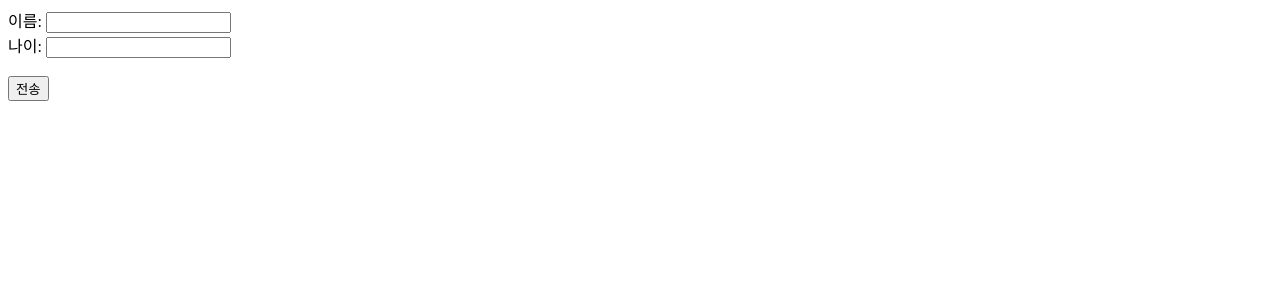
Repository: jihoonys82/weblec
Page: Front/WebContent/Ex01_HTML_tag/tagEx_08.html
An editor plug-in stored every save of this project. The page is shown before and after the next save, followed by the edit.
The browser window is 1280 px wide. The pictures show the whole page.

Above is the page before, as saved 2018-07-24 06:50:59.

### Front/WebContent/Ex01_HTML_tag/tagEx_08.html
<!DOCTYPE html>
<html>
<head>
<meta charset="UTF-8">
<title>Insert title here</title>

<style type="text/css"> /* stylesheet, CSS */
</style>

</head>
<body>

<div>

<form action="#" method="get">

	<!-- 전송할 데이터 작성 -->
	이름: <input type="text" name="name" /><br>
	나이: <input type="text" name="age" /><br><br>

	<input type="submit" value="전송" />

</form>

</div>

</body>
</html>

After the next save:
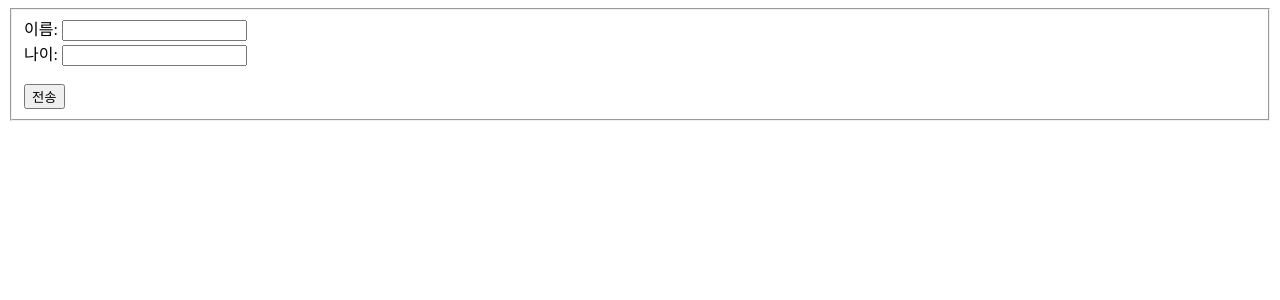
Saved 52 s later.
--- a/Front/WebContent/Ex01_HTML_tag/tagEx_08.html
+++ b/Front/WebContent/Ex01_HTML_tag/tagEx_08.html
@@ -13,13 +13,13 @@
 <div>
 
 <form action="#" method="get">
+	<fieldset>
+		<!-- 전송할 데이터 작성 -->
+		이름: <input type="text" name="name" /><br>
+		나이: <input type="text" name="age" /><br><br>
 
-	<!-- 전송할 데이터 작성 -->
-	이름: <input type="text" name="name" /><br>
-	나이: <input type="text" name="age" /><br><br>
-
-	<input type="submit" value="전송" />
-
+		<input type="submit" value="전송" />
+	</fieldset>
 </form>
 
 </div>
